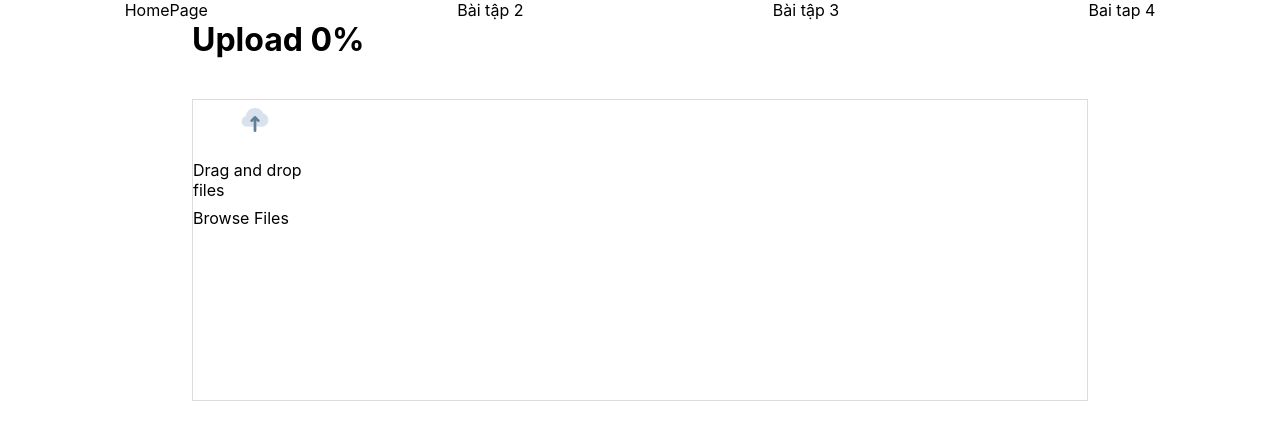
Repository: tungdau93/Training-ReactJS
Page: /bai-tap-3
The author's editor kept a copy of each file at every save. The page is drawn from the files as they stood at one save, then again after the next save.
The browser window is 1280 px wide. The pictures show the whole page.
The project was rebuilt for these pictures with package versions that can differ from the ones it lists, and the page was loaded fresh each time. Also part of the build but not shown: src/App.css, src/hooks/useClickOutside.js, src/Assignments/BaiTap2.jsx, src/Assignments/HomePage.jsx.

Above is the page before, as saved 2022-10-03 10:45:30.

After the next save:
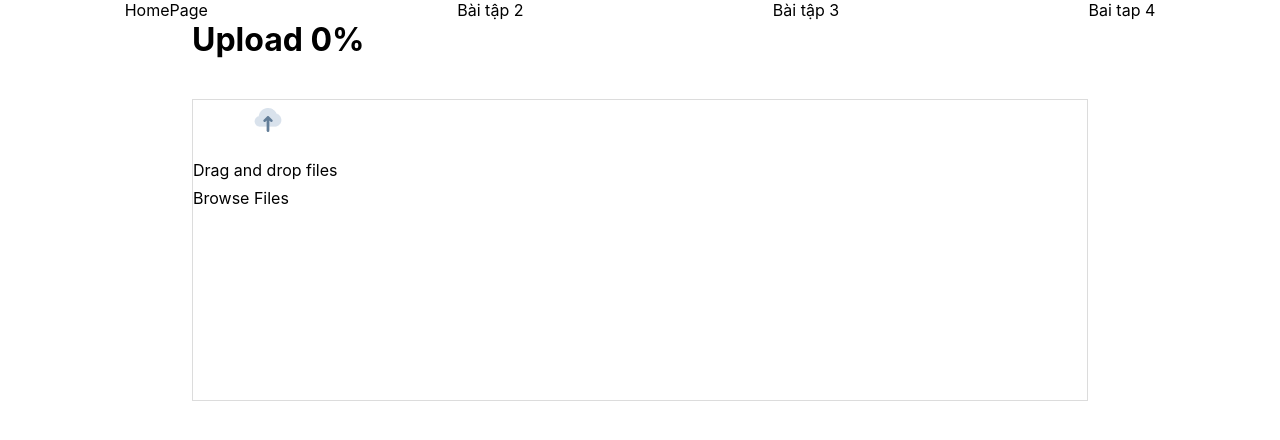
Saved 33 s later.
--- a/src/style/_bai-tap-3.scss
+++ b/src/style/_bai-tap-3.scss
@@ -255,6 +255,7 @@
     .drag-drop-label {
       display: flex;
       flex-direction: column;
+      min-width: 150px;
 
       .image-drag-drop {
         display: flex;
